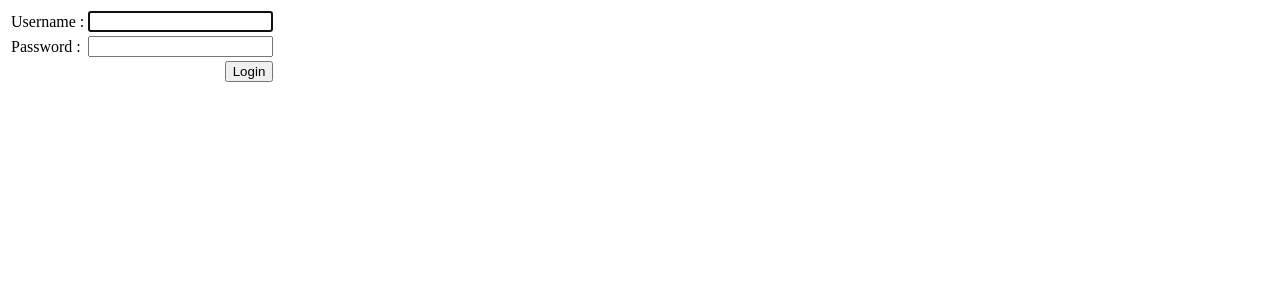
Repository: wawa-git/assa-devs
Page: old.metadata/.plugins/org.eclipse.core.resources/.projects/exts/src/main/webapp/login.html
An editor plug-in stored every save of this project. The page is shown before and after the next save, followed by the edit.
The browser window is 1280 px wide. The pictures show the whole page.

Above is the page before, as saved 2011-01-09 17:24:54.

### old.metadata/.plugins/org.eclipse.core.resources/.projects/exts/src/main/webapp/login.html
<!DOCTYPE html PUBLIC "-//W3C//DTD HTML 4.01 Transitional//EN" "http://www.w3.org/TR/html4/loose.dtd">
<html>
<head>
<meta http-equiv="Content-Type" content="text/html; charset=UTF-8">
<title>Insert title here</title>
</head>
<body onload='document.loginForm.j_username.focus();'>

<form id="loginForm" name="loginForm" action="j_spring_security_check" method="post">
        <table>
          <tr><td>Username : </td><td><input id="usernameField" type="text" name="j_username"/></td></tr>
          <tr><td>Password : </td><td><input id="passwordField" type="password" name="j_password" /></td></tr>

          <tr><td colspan="2" align="right"><input type="submit" value="Login" /></td></tr>
        </table>
</form>

</body>
</html>

After the next save:
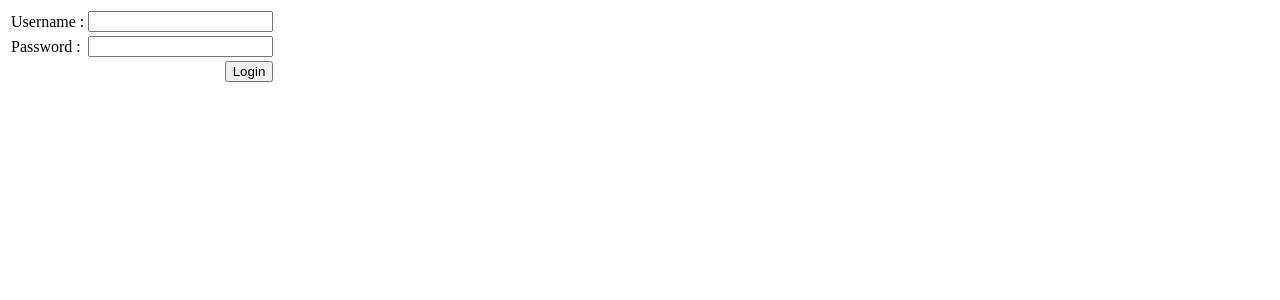
Saved 4 min 13 s later.
--- a/old.metadata/.plugins/org.eclipse.core.resources/.projects/exts/src/main/webapp/login.html
+++ b/old.metadata/.plugins/org.eclipse.core.resources/.projects/exts/src/main/webapp/login.html
@@ -4,7 +4,7 @@
 <meta http-equiv="Content-Type" content="text/html; charset=UTF-8">
 <title>Insert title here</title>
 </head>
-<body onload='document.loginForm.j_username.focus();'>
+<body>
 
 <form id="loginForm" name="loginForm" action="j_spring_security_check" method="post">
         <table>
